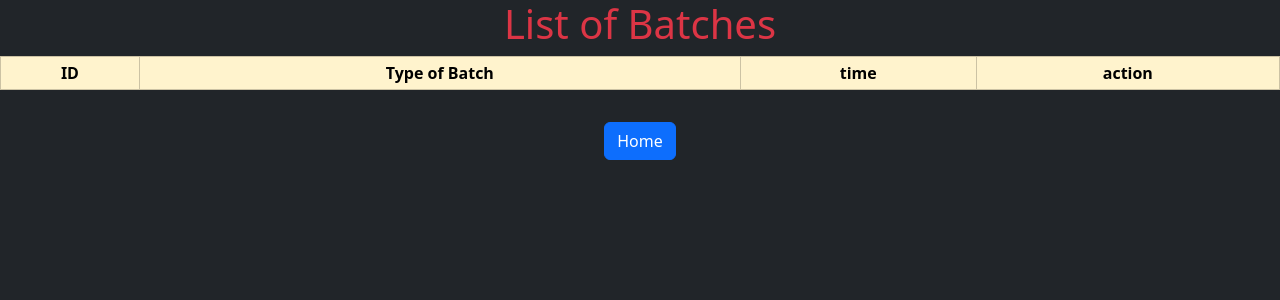
Repository: Jannis-Buschhaus/simplilearn-assessment-phase2
Page: http://localhost/FunfitWebapp/BatchController?target=viewBatch
The author's editor kept a copy of each file at every save. The page is drawn from the files as they stood at one save, then again after the next save.
The browser window is 1280 px wide. The pictures show the whole page.
The page is served by Tomcat 9. Queries for data that is not in the repository find no rows.

Above is the page before, as saved 2024-05-30 14:37:09.

After the next save:
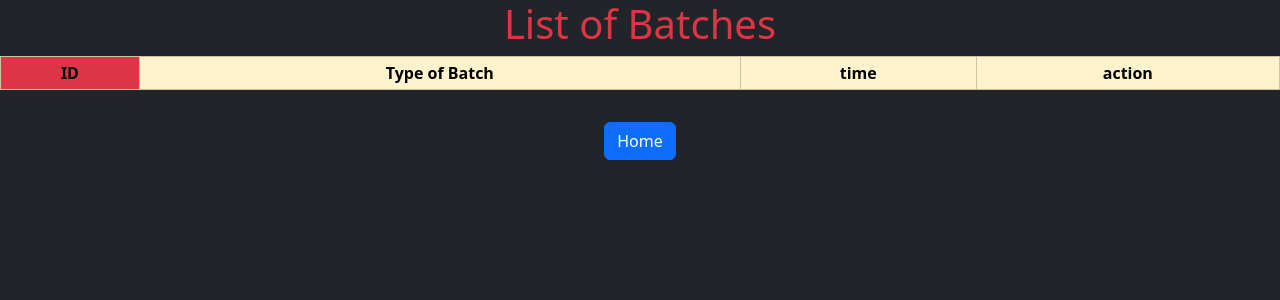
Saved 19 s later.
--- a/FunfitWebapp/src/main/webapp/viewBatch.jsp
+++ b/FunfitWebapp/src/main/webapp/viewBatch.jsp
@@ -36,8 +36,8 @@
 	<h1 class="text-danger text-center">List of Batches</h1>
 	<div class="text-center">
 		<table  class="table table-warning table-bordered table-hover table-sm">
-			<tr class="bg-danger">
-				<th>ID</th><th>Type of Batch</th><th>time</th><th>action</th>
+			<tr >
+				<th class="bg-danger">ID</th><th>Type of Batch</th><th>time</th><th>action</th>
 			</tr>
 			<c:forEach items="${ sessionScope.batch }" var="batch">
 				<tr>
